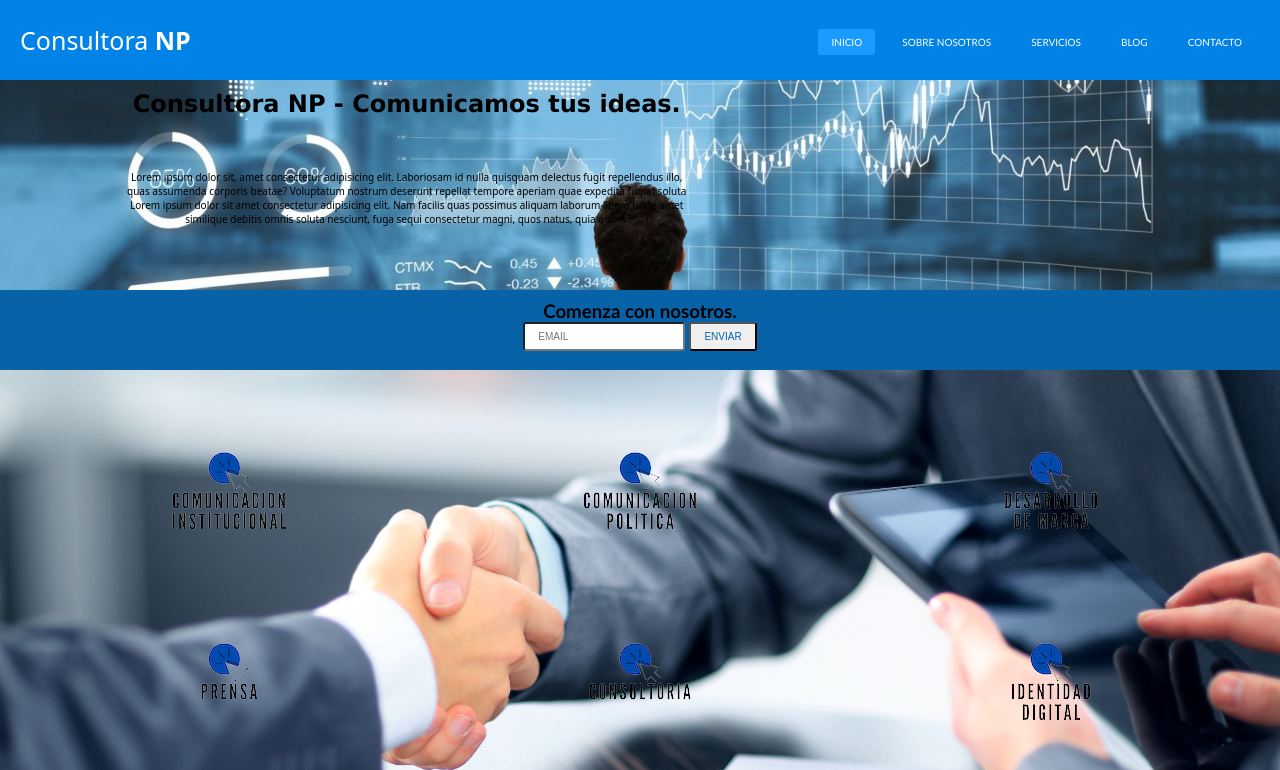
Repository: Batu120/pre-entrega2
Page: index.html
These files come from the project's save history. The page is drawn as it stood at one moment and after the next save; the edit follows.
The browser window is 1280 px wide. The pictures show the whole page.

Above is the page before, as saved 2022-11-02 14:23:40.

After the next save:
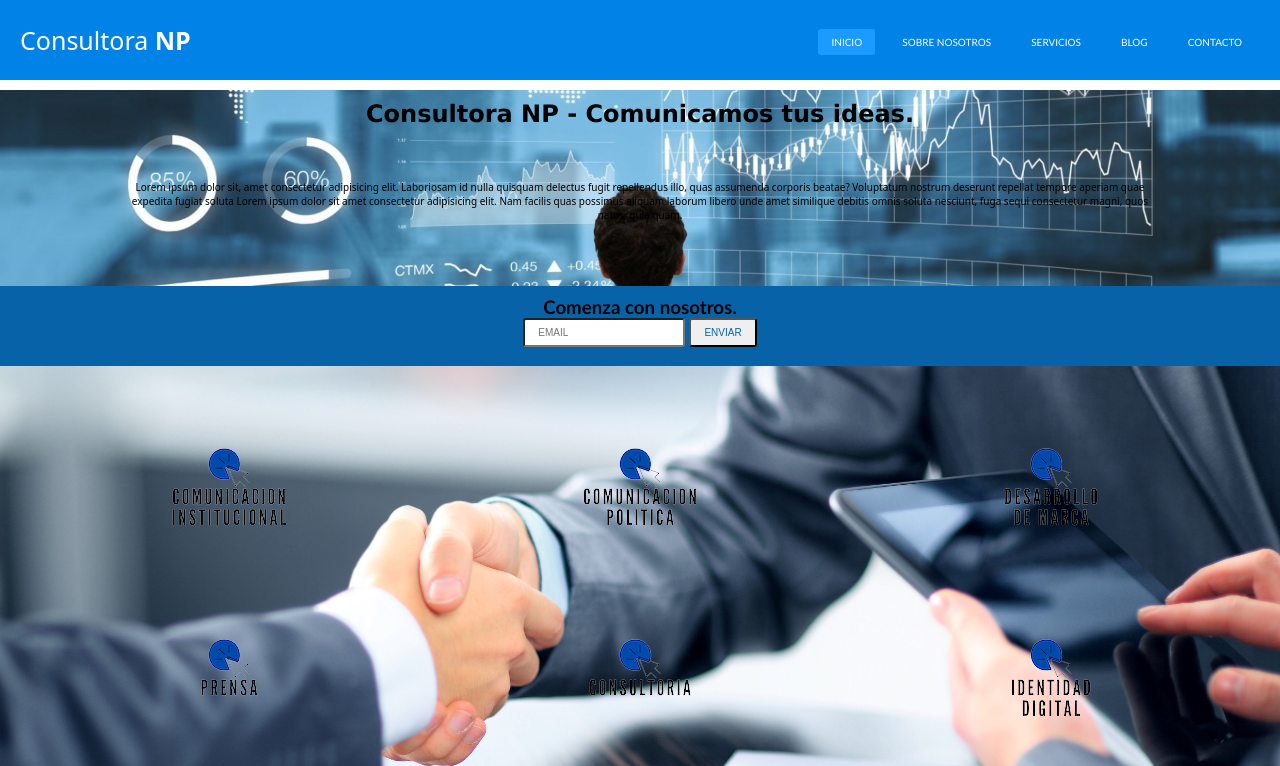
Saved 38 s later.
--- a/CSS/style.css
+++ b/CSS/style.css
@@ -131,7 +131,7 @@ a.active,a:hover{
         display: flex;
         flex-direction: column;
         text-align: center;
-        margin-top: 0px;
+        margin-top: 10px;
         font-family: system-ui, -apple-system, BlinkMacSystemFont, 'Segoe UI', Roboto, Oxygen, Ubuntu, Cantarell, 'Open Sans', 'Helvetica Neue', sans-serif;
     }
     /* TITLE TEXT */
